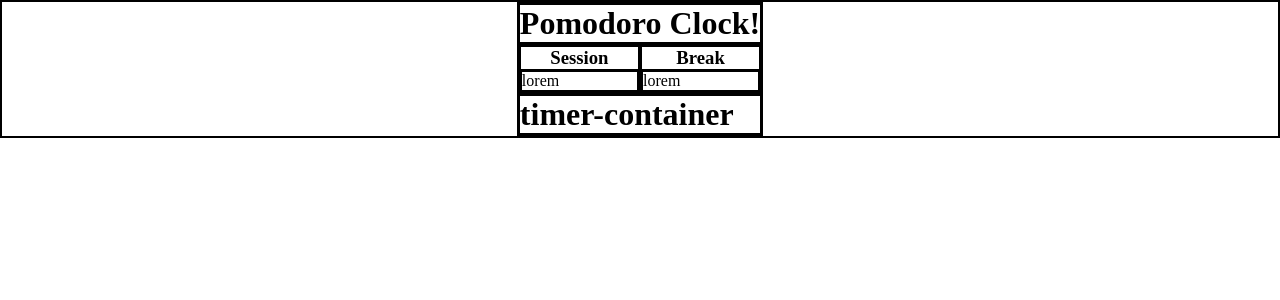
Repository: mcostigliola/pomodoroTimer
Page: index.html
An editor plug-in stored every save of this project. The page is shown before and after the next save, followed by the edit.
The browser window is 1280 px wide. The pictures show the whole page.

Above is the page before, as saved 2020-05-22 19:12:06.
Not found: main.js

After the next save:
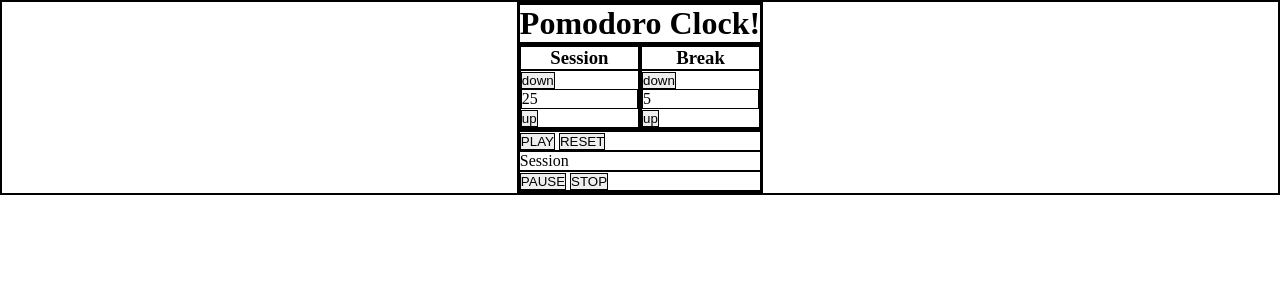
Saved 57 min 15 s later.
--- a/index.html
+++ b/index.html
@@ -18,19 +18,46 @@
       <div class="timer-configurator">
         <h3 class="cnfg-name">Session</h3>
         <div class="cnfg-controller">
-          <p>lorem</p>
+          <button class="arrow-dnw">
+            down
+          </button>
+          <div class="session-minute">
+            25
+          </div>
+          <button class="arrow-up">
+            up
+          </button>
         </div>
       </div>
       <div class="timer-configurator">
         <h3 class="cnfg-name">Break</h3>
         <div class="cnfg-controller">
-          <p>lorem</p>
+          <button class="arrow-dnw">
+            down
+          </button>
+          <div class="session-minute">
+            5
+          </div>
+          <button class="arrow-up">
+            up
+          </button>
         </div>
       </div>
     </div>
 
     <div id="timer-container">
-       <h1>timer-container</h1>
+       <div class="btn-container">
+         <button id="btn-play">PLAY</button>
+         <button id="btn-refresh">RESET</button>
+       </div>
+
+       <p>Session</p>
+
+       <div class="btn-container">
+         <button id="btn-pause">PAUSE</button>
+         <button id="btn-stop">STOP</button>
+       </div>
+
     </div>
   </div>
 </body>
